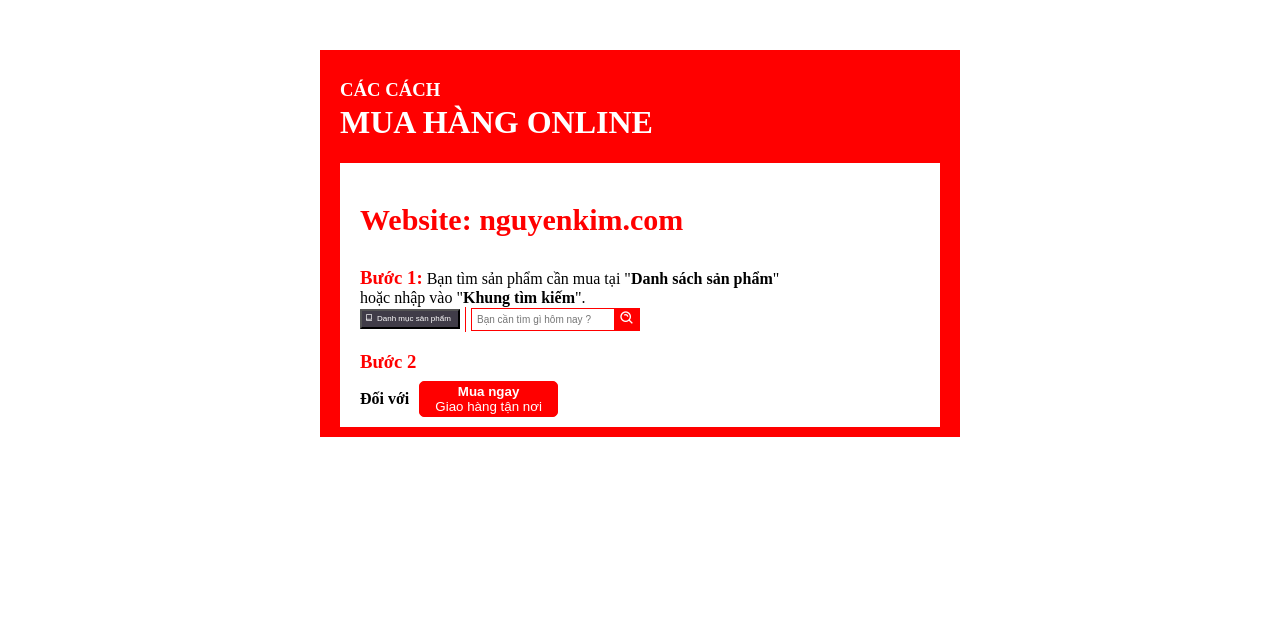
Repository: Tan-Khang21/TH_TKW--Buoi_01
Page: Buoi_01/BT_tren_lop/BT_06/main.html
These files come from the project's save history. The page is drawn as it stood at one moment and after the next save; the edit follows.
The browser window is 1280 px wide. The pictures show the whole page.

Above is the page before, as saved 2024-01-23 19:31:08.

### Buoi_01/BT_tren_lop/BT_06/main.html
<!DOCTYPE html>
<html lang="en">
  <head>
    <meta charset="UTF-8" />
    <meta name="viewport" content="width=device-width, initial-scale=1.0" />
    <title>Document</title>
    <link rel="stylesheet" href="style.css" />
    <link
      href="https://unpkg.com/boxicons@2.1.4/css/boxicons.min.css"
      rel="stylesheet"
    />
  </head>
  <body>
    <div class="cover">
      <h3 style="color: white">CÁC CÁCH</h3>
      <h1>MUA HÀNG ONLINE</h1>
      <div class="content">
        <h3 style="font-size: 30px">Website: nguyenkim.com</h3>

        <h3 style="display: inline">Bước 1:</h3>
        <span
          >Bạn tìm sản phẩm cần mua tại "<b>Danh sách sản phẩm</b>"<br />
          hoặc nhập vào "<b>Khung tìm kiếm</b>".</span
        >
        <br />
        <div class="Search_product">
          <button>
            <i class="bx bx-book-alt" style="margin-right: 4px"></i> Danh mục
            sản phẩm
          </button>
          <div class="line"></div>
          <form style="display: flex">
            <input
              class="search"
              type="text"
              placeholder="Bạn cần tìm gì hôm nay ?"
            />
            <div class="submit">
              <input
                class="submit_input"
                type="submit"
                name=""
                id="submit_input"
              />
              <label for="submit_input"
                ><i
                  class="bx bx-search-alt"
                  style="
                    position: absolute;
                    z-index: 2;
                    transform: translateX(4px) translateY(2px);
                    color: white;
                  "
                ></i
              ></label>
            </div>
          </form>
        </div>
        <h3>Bước 2</h3>
        <div class="step2">
          <b>Đối với</b>
          <button class="buy_now">
            <b>Mua ngay</b><br /><span>Giao hàng tận nơi</span>
          </button>
        </div>
      </div>
    </div>
  </body>
</html>

### Buoi_01/BT_tren_lop/BT_06/style.css
body{
    box-sizing: border-box;
}
.cover{
    width: 600px;
    margin: 50px auto;
    background-color: red;
    padding: 10px 20px;
}
h1{
    margin-top: -15px;
    color: white;
}
.content{
    background-color: white;
    padding: 10px 20px;
}
.content h3{
    color:red;
    font-weight: bold;
}
.Search_product{
    display: flex;
    align-items: center;
}
.Search_product button{
    display: flex;
    align-items:baseline;
    font-size: 8px;
    width: 100px;
    height: 20px;
    padding: 3px;
    background-color: #403c48;
    color: white;
}
.line{
    width: 1px;
    height: 25px;
    background-color: red;
    margin: 0 5px
}
.search{
    padding:5px;
    font-size: 10px;
    border: 1px solid red;
}
.submit_input{
    display: none;
}
.submit label{
    position: relative;
}
.submit label::after{
    content: "";
    width:25px;
    height: 23px;
    background-color: red;
    left: 0;
    top: 0;
    position: absolute;
}
.buy_now{
    padding:2px 15px;
    background-color: red;
    border: 1px solid red;
    border-radius: 5px;
    color: white;
    margin-left: 10px;
}
.step2{
    display: flex;
    align-items: center;
    margin-top: -10px;
}

After the next save:
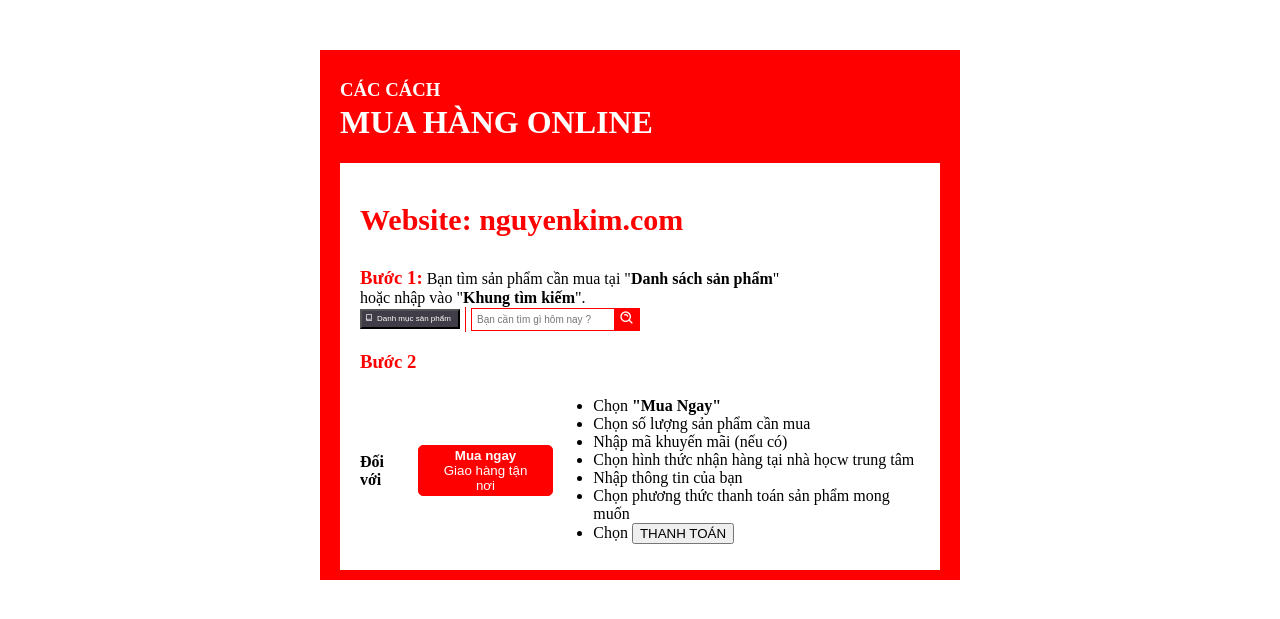
Saved 4 min 19 s later.
--- a/Buoi_01/BT_tren_lop/BT_06/main.html
+++ b/Buoi_01/BT_tren_lop/BT_06/main.html
@@ -62,6 +62,15 @@
           <button class="buy_now">
             <b>Mua ngay</b><br /><span>Giao hàng tận nơi</span>
           </button>
+          <ul>
+            <li>Chọn <b>"Mua Ngay"</b></li>
+            <li>Chọn số lượng sản phẩm cần mua</li>
+            <li>Nhập mã khuyến mãi (nếu có)</li>
+            <li>Chọn hình thức nhận hàng tại nhà họcw trung tâm</li>
+            <li>Nhập thông tin của bạn</li>
+            <li>Chọn phương thức thanh toán sản phẩm mong muốn</li>
+            <li>Chọn <button class="button_green">THANH TOÁN</button></li>
+          </ul>
         </div>
       </div>
     </div>
